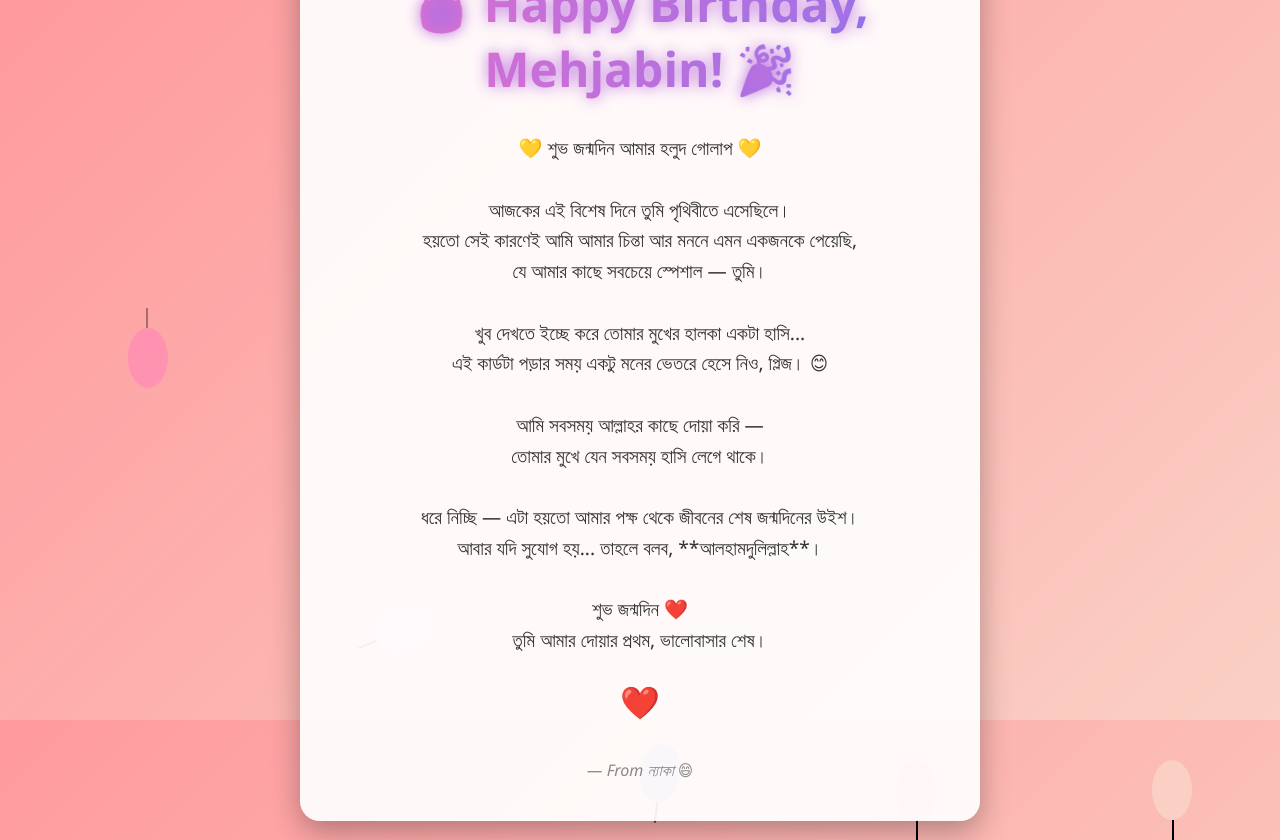
Repository: tanimtanzilislam/Card
Page: index.html
These files come from the project's save history. The page is drawn as it stood at one moment and after the next save; the edit follows.
The browser window is 1280 px wide. The pictures show the whole page.

Above is the page before, as saved 2025-05-29 22:02:41.

### index.html
<!DOCTYPE html>
<html lang="en">
<head>
  <meta charset="UTF-8">
  <title>Happy Birthday Mehjabin!</title>
  <style>
    body {
      margin: 0;
      padding: 0;
      background: linear-gradient(135deg, #ff9a9e 0%, #fad0c4 100%);
      background-size: cover;
      font-family: 'Segoe UI', Tahoma, Geneva, Verdana, sans-serif;
      display: flex;
      align-items: center;
      justify-content: center;
      height: 100vh;
      overflow: hidden;
    }

    .card {
      background: rgba(255, 255, 255, 0.92);
      border-radius: 20px;
      box-shadow: 0 10px 30px rgba(0,0,0,0.3);
      padding: 40px;
      max-width: 600px;
      text-align: center;
      z-index: 2;
      animation: popIn 1s ease-out forwards;
      transform: scale(0.5);
    }

    @keyframes popIn {
      to {
        transform: scale(1);
      }
    }

    h1 {
      font-size: 3em;
      background: linear-gradient(90deg, #ff6ec4, #7873f5);
      -webkit-background-clip: text;
      -webkit-text-fill-color: transparent;
      animation: glow 2s ease-in-out infinite alternate;
    }

    @keyframes glow {
      from { text-shadow: 0 0 10px #ff6ec4; }
      to   { text-shadow: 0 0 20px #7873f5; }
    }

    p {
      font-size: 1.2em;
      color: #333;
      margin-top: 20px;
      line-height: 1.6;
    }

    .heart {
      color: red;
      font-size: 2rem;
      animation: pulse 1s infinite;
    }

    @keyframes pulse {
      0%, 100% { transform: scale(1); }
      50% { transform: scale(1.3); }
    }

    .signature {
      margin-top: 30px;
      font-style: italic;
      color: #888;
    }

    /* Balloons */
    .balloon {
      position: absolute;
      bottom: -100px;
      width: 40px;
      height: 60px;
      background-color: red;
      border-radius: 50% 50% 50% 50%;
      animation: float 10s infinite ease-in-out;
      z-index: 1;
    }

    .balloon::after {
      content: '';
      position: absolute;
      bottom: -20px;
      left: 50%;
      width: 2px;
      height: 20px;
      background: black;
    }

    @keyframes float {
      0% { transform: translateY(0) rotate(0deg); opacity: 0.7; }
      100% { transform: translateY(-120vh) rotate(360deg); opacity: 0; }
    }

    .balloon:nth-child(1) {
      left: 10%;
      background: #ff6ec4;
      animation-delay: 0s;
    }

    .balloon:nth-child(2) {
      left: 30%;
      background: #fbc2eb;
      animation-delay: 2s;
    }

    .balloon:nth-child(3) {
      left: 50%;
      background: #a18cd1;
      animation-delay: 4s;
    }

    .balloon:nth-child(4) {
      left: 70%;
      background: #ff9a9e;
      animation-delay: 6s;
    }

    .balloon:nth-child(5) {
      left: 90%;
      background: #fad0c4;
      animation-delay: 8s;
    }
  </style>
</head>
<body>

  <!-- Balloons -->
  <div class="balloon"></div>
  <div class="balloon"></div>
  <div class="balloon"></div>
  <div class="balloon"></div>
  <div class="balloon"></div>

  <!-- Music -->
  <audio autoplay loop>
    <source src="https://www.bensound.com/bensound-music/bensound-birthday.mp3" type="audio/mpeg">
    Your browser does not support the audio element.
  </audio>

  <!-- Card -->
  <div class="card">
    <h1>🎂 Happy Birthday, Mehjabin! 🎉</h1>
    <p>
      💛 শুভ জন্মদিন আমার হলুদ গোলাপ 💛<br><br>
      আজকের এই বিশেষ দিনে তুমি পৃথিবীতে এসেছিলে।<br>
      হয়তো সেই কারণেই আমি আমার চিন্তা আর মননে এমন একজনকে পেয়েছি,<br>
      যে আমার কাছে সবচেয়ে স্পেশাল — তুমি।<br><br>

      খুব দেখতে ইচ্ছে করে তোমার মুখের হালকা একটা হাসি...<br>
      এই কার্ডটা পড়ার সময় একটু মনের ভেতরে হেসে নিও, প্লিজ। 😊<br><br>

      আমি সবসময় আল্লাহর কাছে দোয়া করি —<br>
      তোমার মুখে যেন সবসময় হাসি লেগে থাকে।<br><br>

      ধরে নিচ্ছি — এটা হয়তো আমার পক্ষ থেকে জীবনের শেষ জন্মদিনের উইশ।<br>
      আবার যদি সুযোগ হয়... তাহলে বলব, **আলহামদুলিল্লাহ**।<br><br>

      শুভ জন্মদিন ❤️<br>
      তুমি আমার দোয়ার প্রথম, ভালোবাসার শেষ।
    </p>
    <p class="heart">❤️</p>
    <div class="signature">— From ন্যাকা 😄</div>
  </div>

</body>
</html>

After the next save:
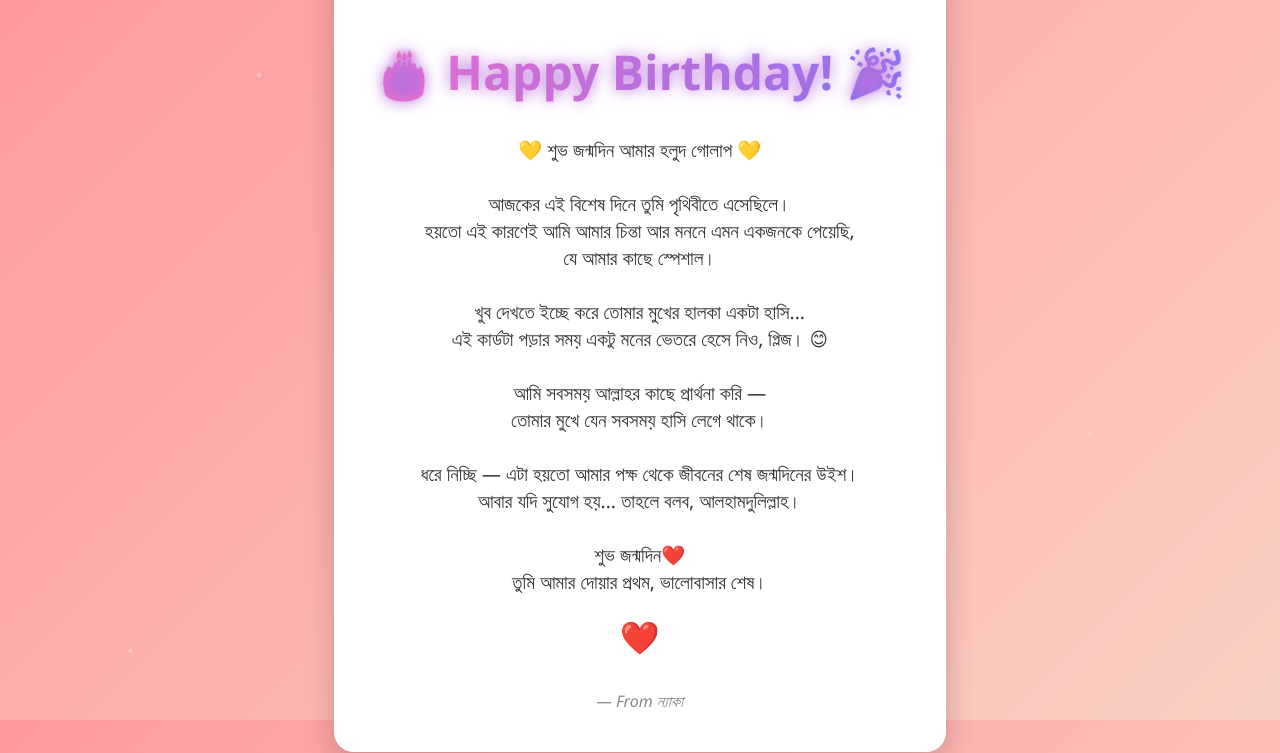
Saved 2 min 14 s later.
--- a/index.html
+++ b/index.html
@@ -2,13 +2,12 @@
 <html lang="en">
 <head>
   <meta charset="UTF-8">
-  <title>Happy Birthday Mehjabin!</title>
+  <title>Happy Birthday!</title>
   <style>
     body {
       margin: 0;
       padding: 0;
       background: linear-gradient(135deg, #ff9a9e 0%, #fad0c4 100%);
-      background-size: cover;
       font-family: 'Segoe UI', Tahoma, Geneva, Verdana, sans-serif;
       display: flex;
       align-items: center;
@@ -18,13 +17,12 @@
     }
 
     .card {
-      background: rgba(255, 255, 255, 0.92);
+      background: white;
       border-radius: 20px;
-      box-shadow: 0 10px 30px rgba(0,0,0,0.3);
+      box-shadow: 0 10px 30px rgba(0,0,0,0.2);
       padding: 40px;
       max-width: 600px;
       text-align: center;
-      z-index: 2;
       animation: popIn 1s ease-out forwards;
       transform: scale(0.5);
     }
@@ -44,15 +42,47 @@
     }
 
     @keyframes glow {
-      from { text-shadow: 0 0 10px #ff6ec4; }
-      to   { text-shadow: 0 0 20px #7873f5; }
+      from {
+        text-shadow: 0 0 10px #ff6ec4;
+      }
+      to {
+        text-shadow: 0 0 20px #7873f5;
+      }
     }
 
     p {
       font-size: 1.2em;
       color: #333;
       margin-top: 20px;
-      line-height: 1.6;
+    }
+
+    .stars {
+      position: absolute;
+      width: 100%;
+      height: 100%;
+      overflow: hidden;
+      top: 0;
+      left: 0;
+      z-index: -1;
+    }
+
+    .stars span {
+      position: absolute;
+      display: block;
+      background: white;
+      border-radius: 50%;
+      animation: twinkle 3s infinite ease-in-out alternate;
+    }
+
+    @keyframes twinkle {
+      0% { opacity: 0.2; transform: scale(0.5); }
+      100% { opacity: 1; transform: scale(1.5); }
+    }
+
+    .signature {
+      margin-top: 30px;
+      font-style: italic;
+      color: #888;
     }
 
     .heart {
@@ -65,109 +95,49 @@
       0%, 100% { transform: scale(1); }
       50% { transform: scale(1.3); }
     }
-
-    .signature {
-      margin-top: 30px;
-      font-style: italic;
-      color: #888;
-    }
-
-    /* Balloons */
-    .balloon {
-      position: absolute;
-      bottom: -100px;
-      width: 40px;
-      height: 60px;
-      background-color: red;
-      border-radius: 50% 50% 50% 50%;
-      animation: float 10s infinite ease-in-out;
-      z-index: 1;
-    }
-
-    .balloon::after {
-      content: '';
-      position: absolute;
-      bottom: -20px;
-      left: 50%;
-      width: 2px;
-      height: 20px;
-      background: black;
-    }
-
-    @keyframes float {
-      0% { transform: translateY(0) rotate(0deg); opacity: 0.7; }
-      100% { transform: translateY(-120vh) rotate(360deg); opacity: 0; }
-    }
-
-    .balloon:nth-child(1) {
-      left: 10%;
-      background: #ff6ec4;
-      animation-delay: 0s;
-    }
-
-    .balloon:nth-child(2) {
-      left: 30%;
-      background: #fbc2eb;
-      animation-delay: 2s;
-    }
-
-    .balloon:nth-child(3) {
-      left: 50%;
-      background: #a18cd1;
-      animation-delay: 4s;
-    }
-
-    .balloon:nth-child(4) {
-      left: 70%;
-      background: #ff9a9e;
-      animation-delay: 6s;
-    }
-
-    .balloon:nth-child(5) {
-      left: 90%;
-      background: #fad0c4;
-      animation-delay: 8s;
-    }
   </style>
 </head>
 <body>
 
-  <!-- Balloons -->
-  <div class="balloon"></div>
-  <div class="balloon"></div>
-  <div class="balloon"></div>
-  <div class="balloon"></div>
-  <div class="balloon"></div>
-
-  <!-- Music -->
+  <!-- Birthday Music -->
   <audio autoplay loop>
     <source src="https://www.bensound.com/bensound-music/bensound-birthday.mp3" type="audio/mpeg">
     Your browser does not support the audio element.
   </audio>
 
-  <!-- Card -->
+  <div class="stars">
+    <!-- Generating twinkling stars -->
+    <span style="top:10%; left:20%; width:6px; height:6px;"></span>
+    <span style="top:30%; left:70%; width:5px; height:5px;"></span>
+    <span style="top:80%; left:40%; width:7px; height:7px;"></span>
+    <span style="top:60%; left:85%; width:4px; height:4px;"></span>
+    <span style="top:20%; left:50%; width:6px; height:6px;"></span>
+    <span style="top:90%; left:10%; width:5px; height:5px;"></span>
+  </div>
+
   <div class="card">
-    <h1>🎂 Happy Birthday, Mehjabin! 🎉</h1>
+    <h1>🎂 Happy Birthday! 🎉</h1>
     <p>
       💛 শুভ জন্মদিন আমার হলুদ গোলাপ 💛<br><br>
+
       আজকের এই বিশেষ দিনে তুমি পৃথিবীতে এসেছিলে।<br>
-      হয়তো সেই কারণেই আমি আমার চিন্তা আর মননে এমন একজনকে পেয়েছি,<br>
-      যে আমার কাছে সবচেয়ে স্পেশাল — তুমি।<br><br>
+      হয়তো এই কারণেই আমি আমার চিন্তা আর মননে এমন একজনকে পেয়েছি,<br>
+      যে আমার কাছে  স্পেশাল।<br><br>
 
       খুব দেখতে ইচ্ছে করে তোমার মুখের হালকা একটা হাসি...<br>
       এই কার্ডটা পড়ার সময় একটু মনের ভেতরে হেসে নিও, প্লিজ। 😊<br><br>
 
-      আমি সবসময় আল্লাহর কাছে দোয়া করি —<br>
+      আমি সবসময় আল্লাহর কাছে প্রার্থনা করি —<br>
       তোমার মুখে যেন সবসময় হাসি লেগে থাকে।<br><br>
 
       ধরে নিচ্ছি — এটা হয়তো আমার পক্ষ থেকে জীবনের শেষ জন্মদিনের উইশ।<br>
-      আবার যদি সুযোগ হয়... তাহলে বলব, **আলহামদুলিল্লাহ**।<br><br>
+      আবার যদি সুযোগ হয়... তাহলে বলব, আলহামদুলিল্লাহ।<br><br>
 
-      শুভ জন্মদিন ❤️<br>
+      শুভ জন্মদিন❤️<br>
       তুমি আমার দোয়ার প্রথম, ভালোবাসার শেষ।
     </p>
     <p class="heart">❤️</p>
-    <div class="signature">— From ন্যাকা 😄</div>
+    <div class="signature">— From ন্যাকা</div>
   </div>
 
 </body>
